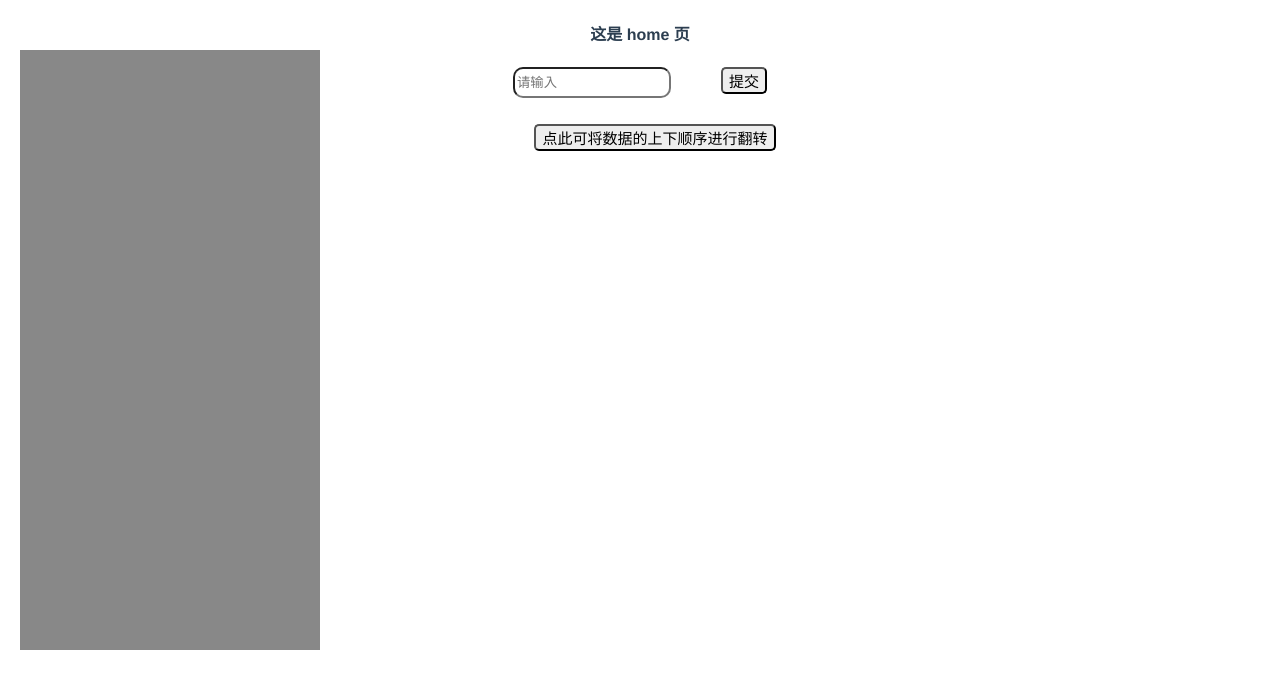
Repository: z-xy-git/demofirst
Page: /
These files come from the project's save history. The page is drawn as it stood at one moment and after the next save; the edit follows.
The browser window is 1280 px wide. The pictures show the whole page.
The project was rebuilt for these pictures with package versions that can differ from the ones it lists, and the page was loaded fresh each time.

Above is the page before, as saved 2021-02-25 15:10:02.

### src/App.vue
<template>
  <div id="app">
    <!-- <div id="nav">
    </div> -->
    <router-view/>
  </div>
</template>

<style>
#app {
  font-family: Avenir, Helvetica, Arial, sans-serif;
  -webkit-font-smoothing: antialiased;
  -moz-osx-font-smoothing: grayscale;
  text-align: center;
  color: #2c3e50;
}

#nav {
  padding: 30px;
}

#nav a {
  font-weight: bold;
  color: #2c3e50;
}

#nav a.router-link-exact-active {
  color: #42b983;
}
</style>

### src/views/Home.vue
<template>
  <div class="home">
    <h4>这是 home 页</h4>
    <input type="text" v-model="inputData" placeholder="请输入" class="input-style">
    <button @click="btnclick" class="btn-style">提交</button>
    <div>
      <button @click="reverseItemData" class="btn-style">点此可将数据的上下顺序进行翻转</button>
    </div>
    <div class="show-data">
      <p class="p" v-for="(item,index) in inputDataArr" :key="index">{{item}}</p>
    </div>
    <router-view/>
  </div>
</template>

<script>
// @ is an alias to /src

export default {
  name: 'Home',
  components: {
  },
  data(){
    return{
      inputData: '',
      inputDataArr: []
    }
  },
  methods:{
    btnclick() {
      // this.$router.push('/about');
      console.log(this.inputData);
      this.inputDataArr.push(this.inputData);
    },
    reverseItemData(){
      this.inputDataArr.reverse();
    }
  }
}
</script>
<style>
  .input-style{
    margin-right: 20px;
    outline: none;
    border-radius: 10px;
    width: 150px;
    height: 25px;
  }
  .btn-style{
    margin: 0 0 30px 30px;
    outline: none;
    border-radius: 5px;
    background-color: #eee;
    font-size: 15px;
  }
  .show-data{
    position: absolute;
    left: 20px;
    top: 50px;
    width: 300px;
    height: 600px;
    background-color: #888;
    color: #fff;
  }
</style>

Loaded but not shown: public/index.html (common file); src/main.js (common file); src/router/index.js (common file); src/store/index.js (common file)

After the next save:
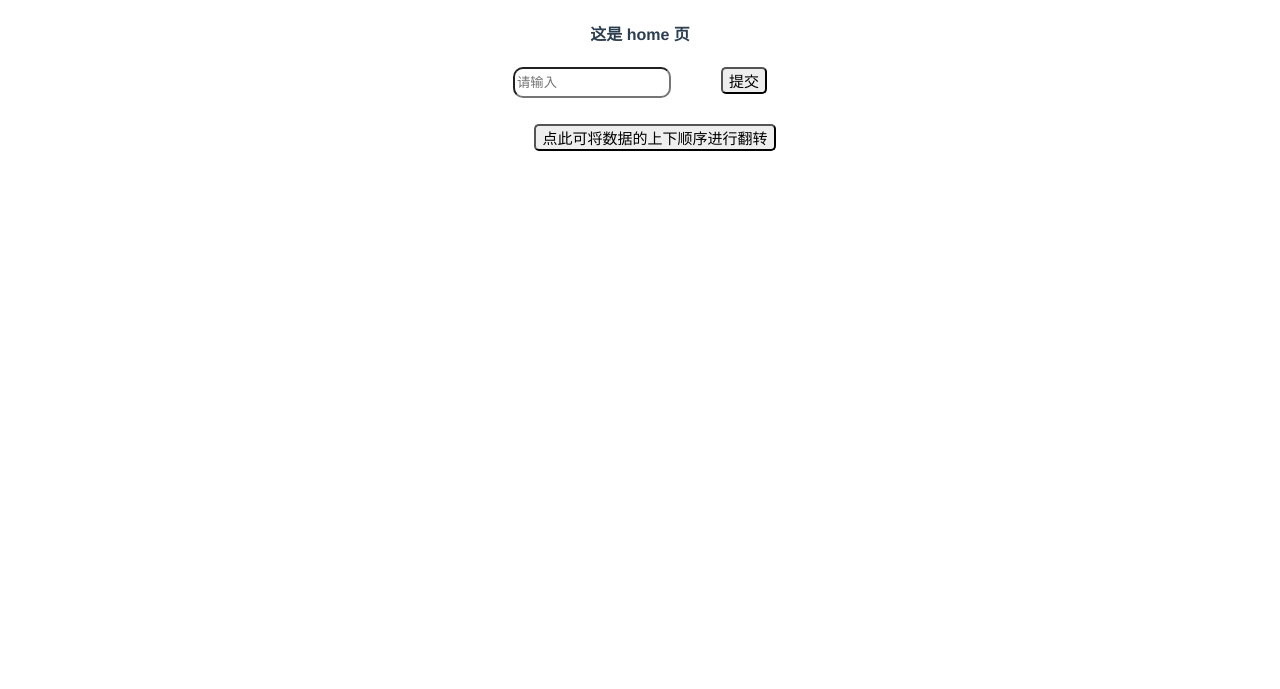
Saved 24 s later.
--- a/src/views/Home.vue
+++ b/src/views/Home.vue
@@ -6,9 +6,9 @@
     <div>
       <button @click="reverseItemData" class="btn-style">点此可将数据的上下顺序进行翻转</button>
     </div>
-    <div class="show-data">
+    <!-- <div class="show-data">
       <p class="p" v-for="(item,index) in inputDataArr" :key="index">{{item}}</p>
-    </div>
+    </div> -->
     <router-view/>
   </div>
 </template>
